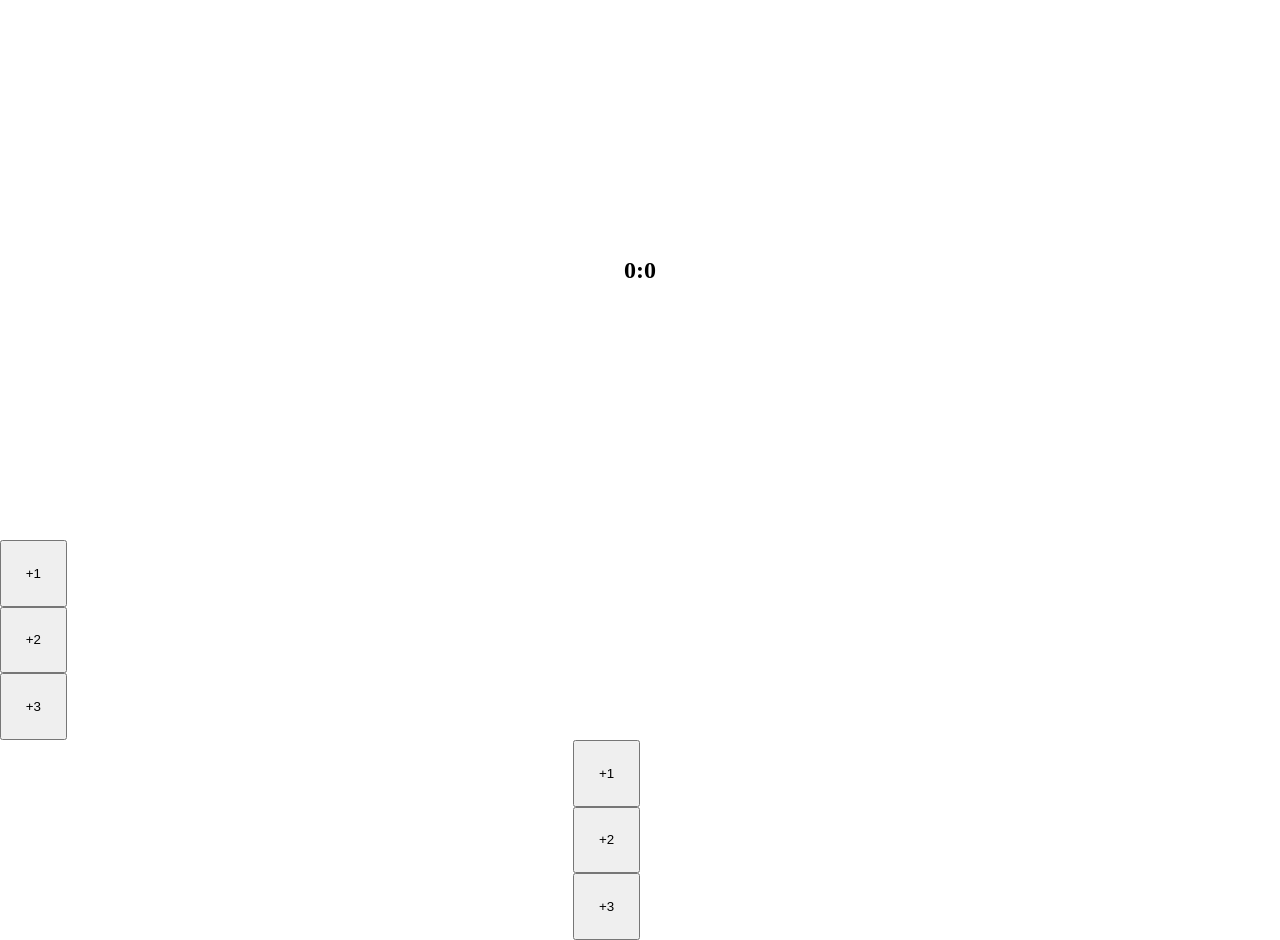
Repository: bollo89/scoreBoard
Page: index.html
An editor plug-in stored every save of this project. The page is shown before and after the next save, followed by the edit.
The browser window is 1280 px wide. The pictures show the whole page.

Above is the page before, as saved 2022-01-21 12:36:47.

After the next save:
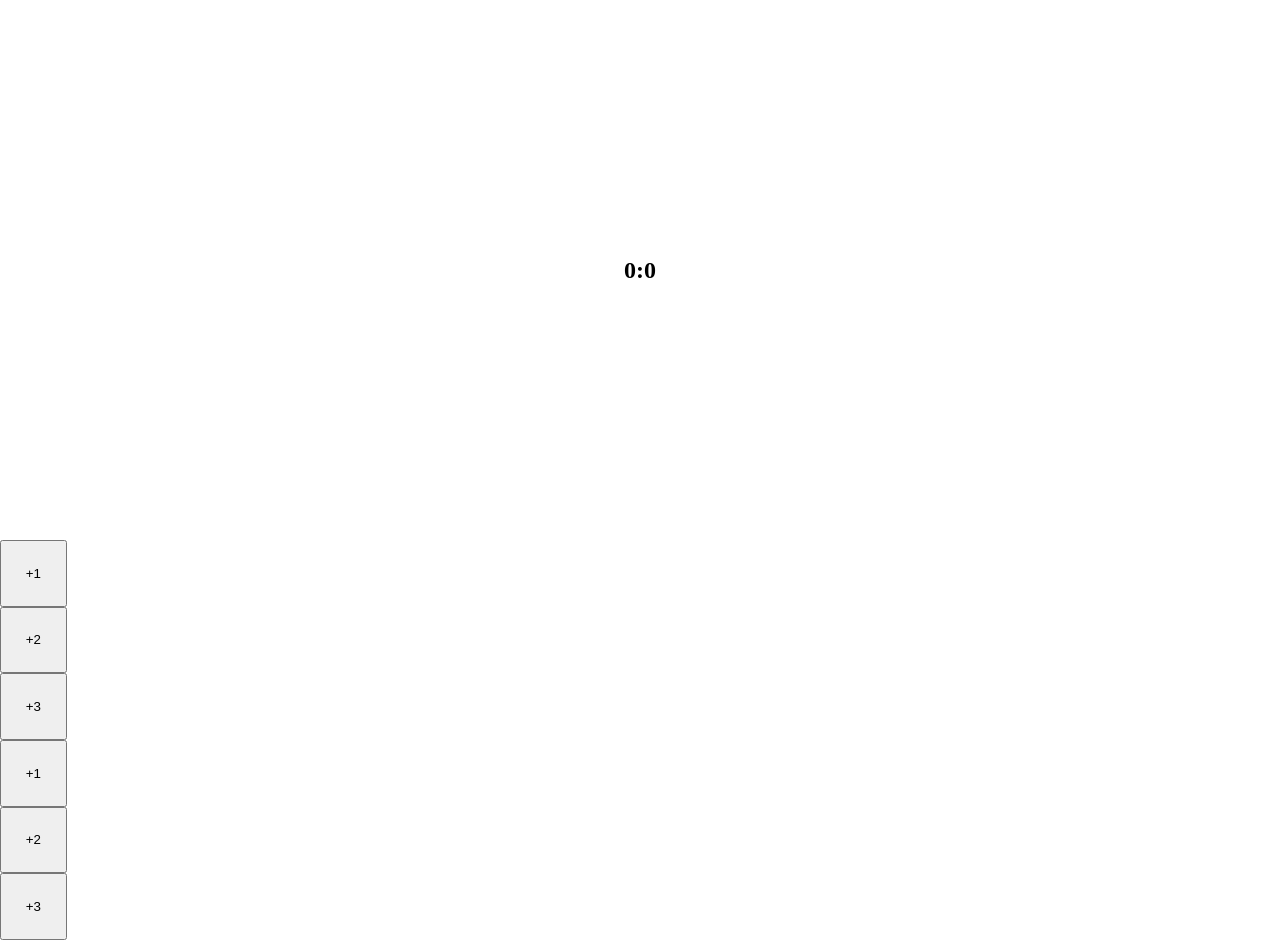
Saved 80 s later.
--- a/style.css
+++ b/style.css
@@ -25,17 +25,10 @@ body {
     padding: 0;
 }
 .btnsH {
-    width: 40vw;
-    padding: 0;
-    align-items: flex-start;
-    justify-content: flex-start;
+
 }
 .btnsA {
-    width: 50vw;
-    display: flex;
-    flex-direction: column;
-    align-items: flex-end;
-    justify-content: space-around;
+
 }
 .btn1h , .btn2h , .btn3h {
     height: 5em;
